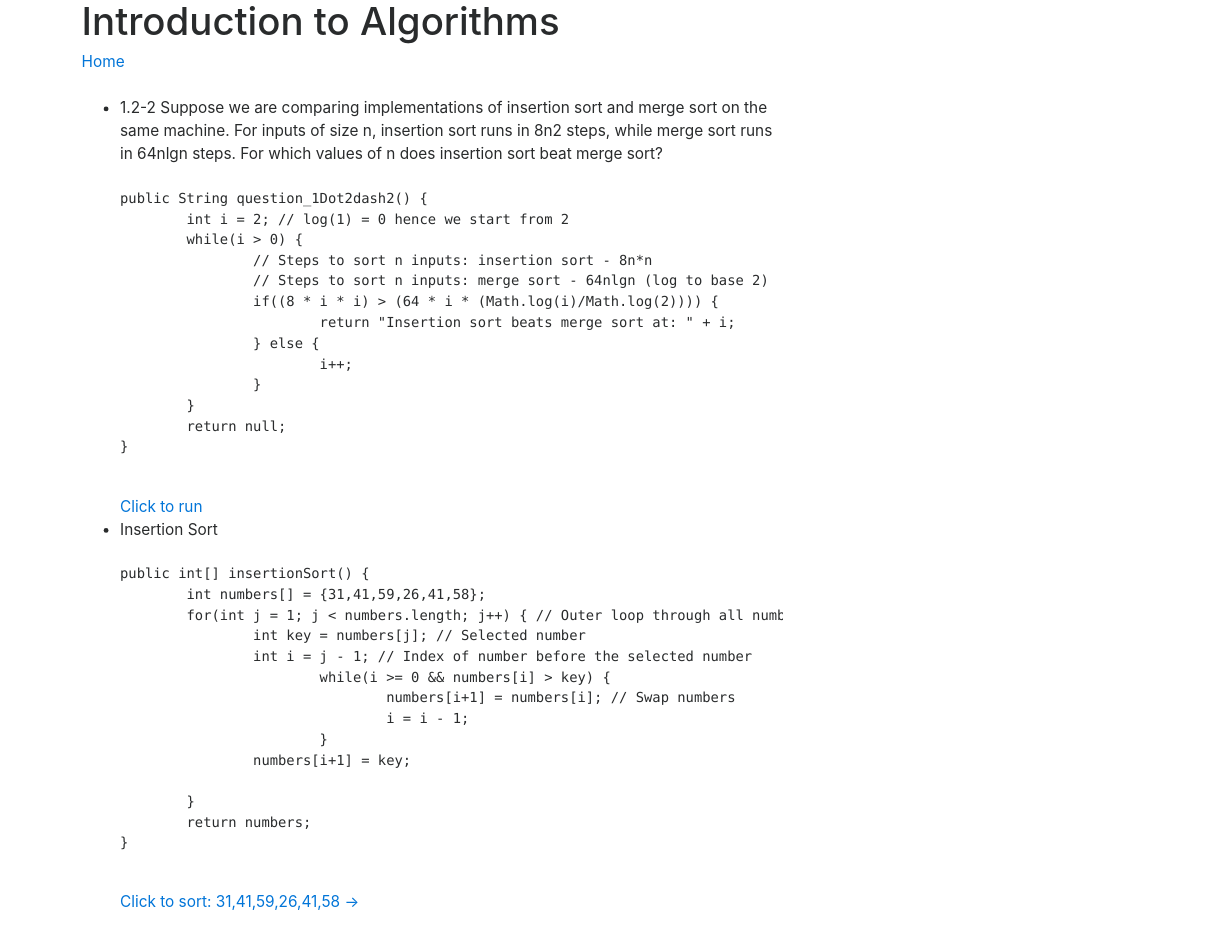
Repository: baltejas/algorithms
Page: http://localhost/algorithms/WEB-INF/views/index.jsp
These files come from the project's save history. The page is drawn as it stood at one moment and after the next save; the edit follows.
The browser window is 1280 px wide. The pictures show the whole page, at 96% of full size.
The page is served by Tomcat 9. Nobody is signed in. The template is opened directly, without the code that normally fills it, so the values that code supplies are empty.

Above is the page before, as saved 2017-05-07 00:28:55.

After the next save:
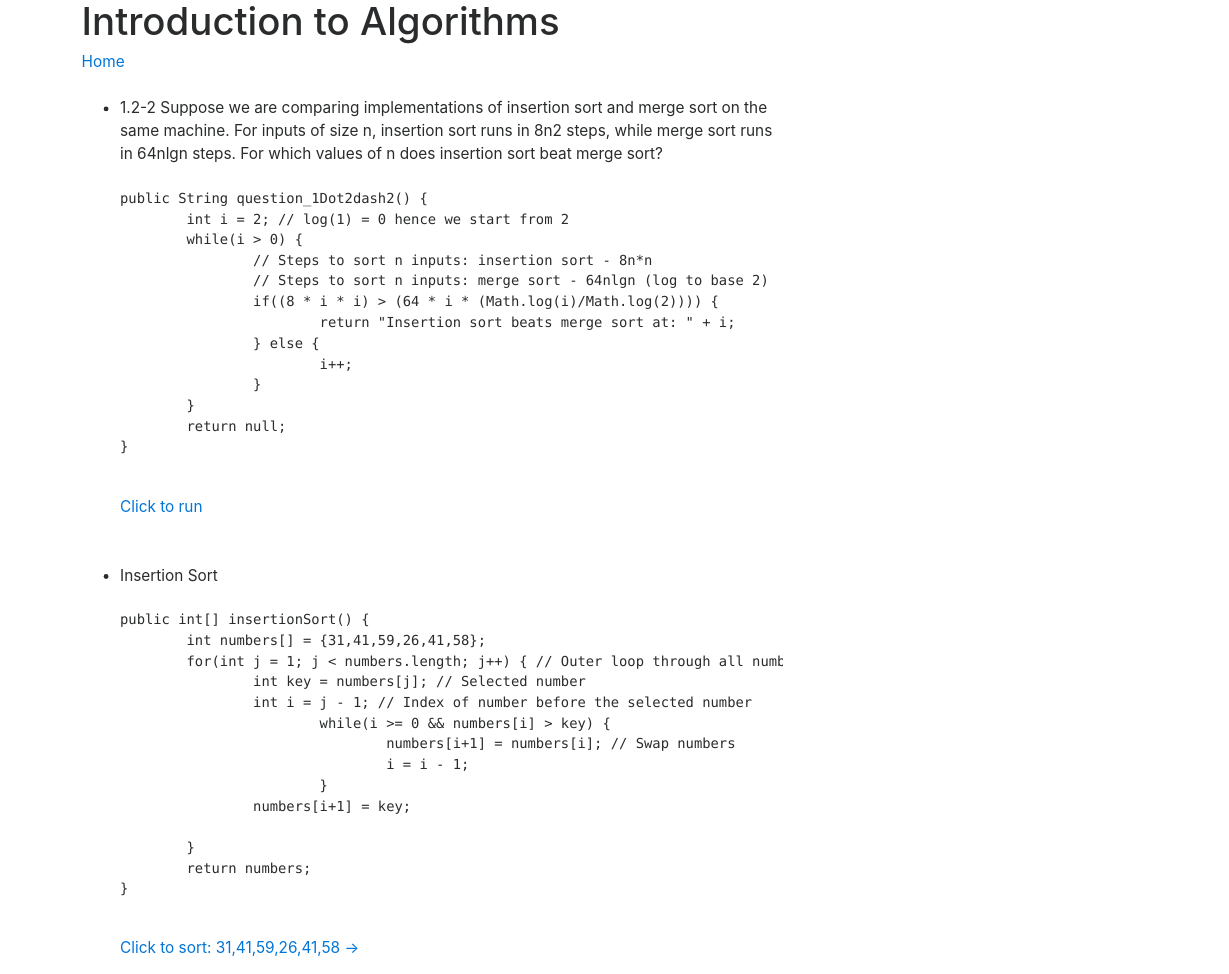
Saved 118 s later.
--- a/algorithms/src/main/webapp/WEB-INF/views/index.jsp
+++ b/algorithms/src/main/webapp/WEB-INF/views/index.jsp
@@ -29,7 +29,7 @@ public String question_1Dot2dash2() {
 								</pre>
 						<a href="/algorithms/question_1Dot2dash2">Click to run</a>
 						<label>${answer}</label>
-						</li>
+						</li><br><br>
 
 						<li>Insertion Sort<br><br>
 								<pre>
